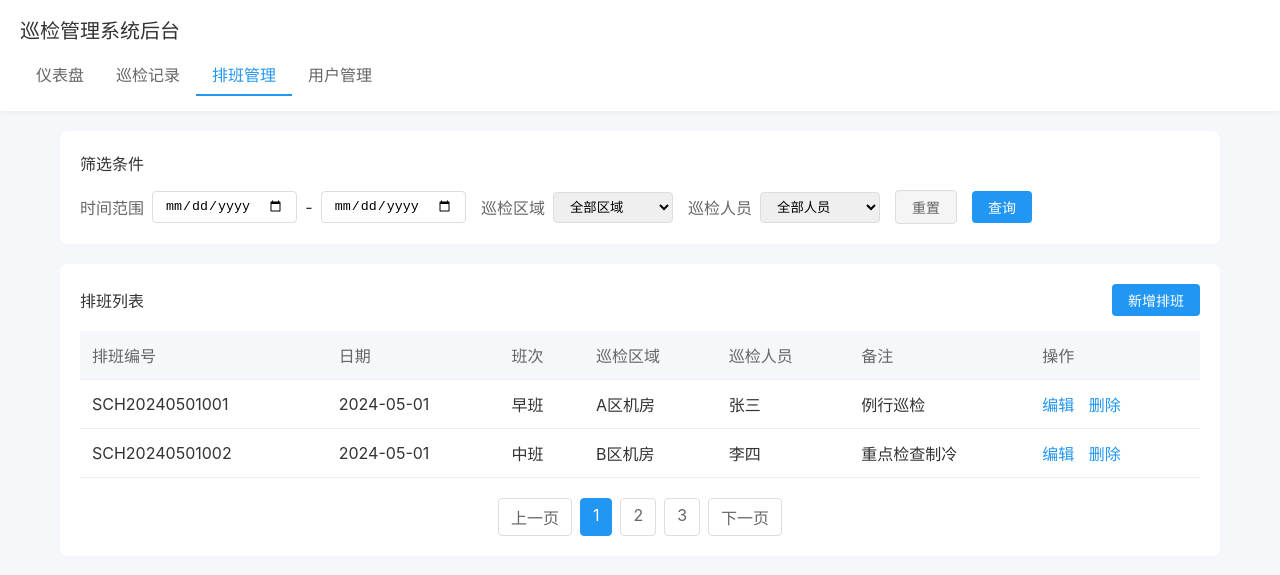
Repository: andyzheung/check-app
Page: Admin-UI/schedule.html
These files come from the project's save history. The page is drawn as it stood at one moment and after the next save; the edit follows.
The browser window is 1280 px wide. The pictures show the whole page.

Above is the page before, as saved 2025-05-23 20:56:43.

After the next save:
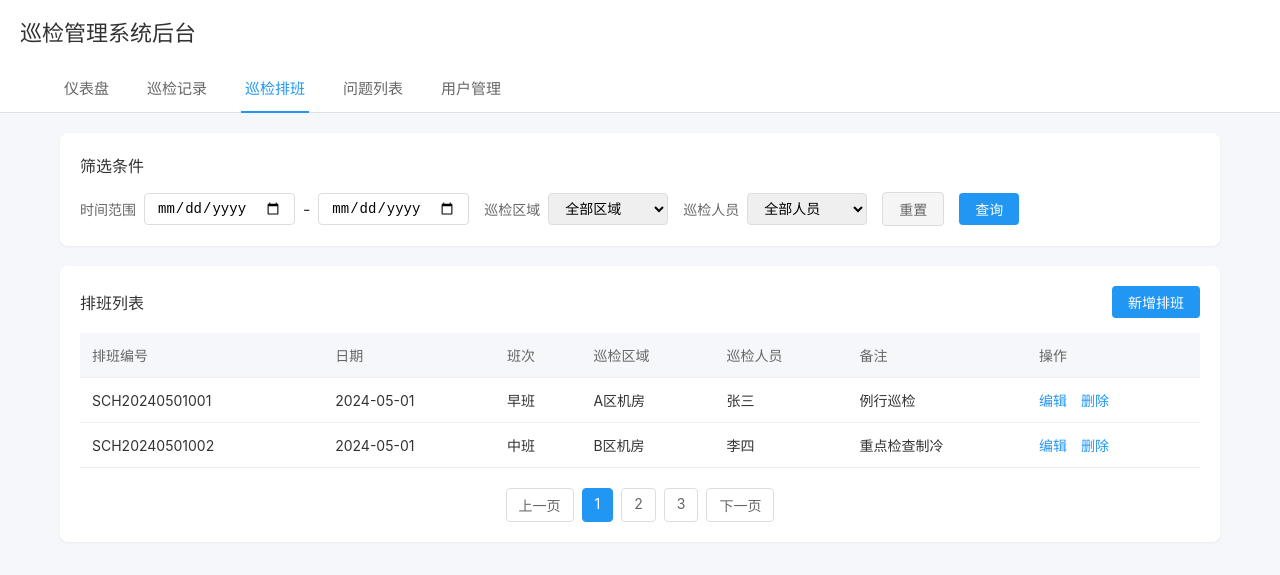
Saved 4 min 2 s later.
--- a/Admin-UI/schedule.html
+++ b/Admin-UI/schedule.html
@@ -16,26 +16,50 @@
         }
         .header {
             background: #fff;
+            border-bottom: 1px solid #e0e0e0;
+        }
+        .header-title {
+            font-size: 22px;
             padding: 15px 20px;
-            box-shadow: 0 2px 4px rgba(0,0,0,0.05);
-        }
-        .header h1 {
-            font-size: 20px;
             color: #333;
             font-weight: normal;
         }
         .nav {
-            display: flex;
-            margin-top: 10px;
+            max-width: 1200px;
+            margin: 0 auto;
+            display: flex;
+            align-items: center;
+            height: 50px;
+            padding: 0 20px;
+        }
+        .nav-brand {
+            font-size: 18px;
+            color: #333;
+            text-decoration: none;
+            margin-right: 40px;
+        }
+        .nav-items {
+            display: flex;
+            gap: 30px;
         }
         .nav-item {
-            padding: 8px 16px;
             color: #666;
             text-decoration: none;
+            font-size: 15px;
+            position: relative;
+            padding: 0 4px;
         }
         .nav-item.active {
             color: #2196F3;
-            border-bottom: 2px solid #2196F3;
+        }
+        .nav-item.active::after {
+            content: '';
+            position: absolute;
+            bottom: -15px;
+            left: 0;
+            right: 0;
+            height: 2px;
+            background: #2196F3;
         }
         .container {
             padding: 20px;
@@ -47,6 +71,7 @@
             border-radius: 8px;
             padding: 20px;
             margin-bottom: 20px;
+            box-shadow: 0 1px 3px rgba(0,0,0,0.05);
         }
         .filter-title {
             font-size: 16px;
@@ -66,12 +91,14 @@
         .form-group label {
             margin-right: 8px;
             color: #666;
+            font-size: 14px;
         }
         .form-control {
             padding: 6px 12px;
             border: 1px solid #ddd;
             border-radius: 4px;
             min-width: 120px;
+            font-size: 14px;
         }
         .btn {
             padding: 6px 16px;
@@ -93,6 +120,7 @@
             background: #fff;
             border-radius: 8px;
             padding: 20px;
+            box-shadow: 0 1px 3px rgba(0,0,0,0.05);
         }
         .table-header {
             display: flex;
@@ -115,10 +143,13 @@
             font-weight: normal;
             color: #666;
             border-bottom: 1px solid #eee;
+            font-size: 14px;
         }
         .schedule-table td {
             padding: 12px;
             border-bottom: 1px solid #eee;
+            font-size: 14px;
+            color: #333;
         }
         .status {
             padding: 4px 8px;
@@ -137,6 +168,7 @@
             color: #2196F3;
             text-decoration: none;
             margin-right: 10px;
+            font-size: 14px;
         }
         .pagination {
             display: flex;
@@ -151,6 +183,7 @@
             color: #666;
             cursor: pointer;
             text-decoration: none;
+            font-size: 14px;
         }
         .page-item.active {
             background: #2196F3;
@@ -176,6 +209,7 @@
             border-radius: 8px;
             padding: 20px;
             width: 400px;
+            box-shadow: 0 2px 12px rgba(0,0,0,0.1);
         }
         .modal-header {
             margin-bottom: 20px;
@@ -191,6 +225,7 @@
             display: block;
             margin-bottom: 5px;
             color: #666;
+            font-size: 14px;
         }
         .form-row input,
         .form-row select {
@@ -198,6 +233,7 @@
             padding: 8px;
             border: 1px solid #ddd;
             border-radius: 4px;
+            font-size: 14px;
         }
         .modal-footer {
             display: flex;
@@ -209,12 +245,15 @@
 </head>
 <body>
     <div class="header">
-        <h1>巡检管理系统后台</h1>
+        <h1 class="header-title">巡检管理系统后台</h1>
         <nav class="nav">
-            <a href="dashboard.html" class="nav-item">仪表盘</a>
-            <a href="records.html" class="nav-item">巡检记录</a>
-            <a href="schedule.html" class="nav-item active">排班管理</a>
-            <a href="users.html" class="nav-item">用户管理</a>
+            <div class="nav-items">
+                <a href="dashboard.html" class="nav-item">仪表盘</a>
+                <a href="records.html" class="nav-item">巡检记录</a>
+                <a href="schedule.html" class="nav-item active">巡检排班</a>
+                <a href="issues.html" class="nav-item">问题列表</a>
+                <a href="users.html" class="nav-item">用户管理</a>
+            </div>
         </nav>
     </div>
 
